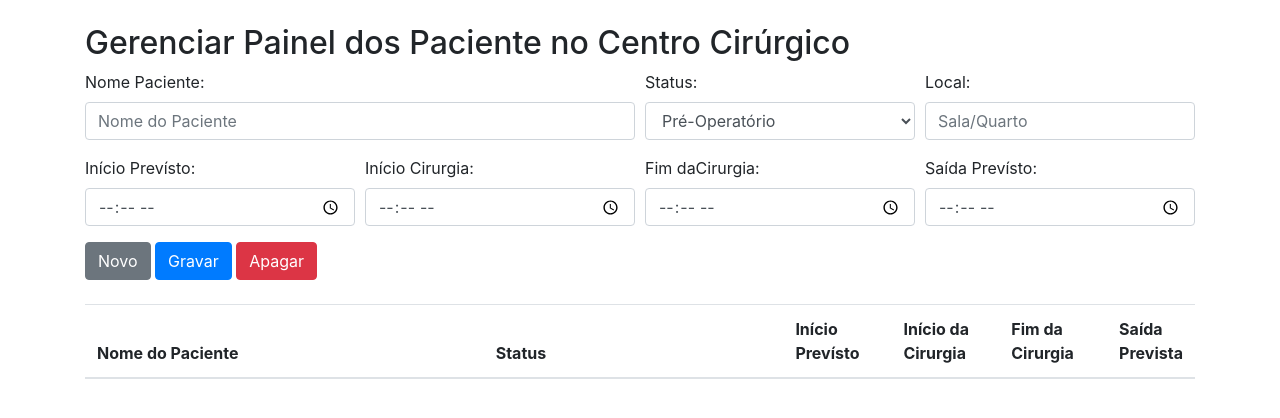
Repository: eduardo-r-jesus/Projeto_Centro_Cirurgico
Page: http://localhost/centro_cirurgico_web/formManterUsuario.jsp
These files come from the project's save history. The page is drawn as it stood at one moment and after the next save; the edit follows.
The browser window is 1280 px wide. The pictures show the whole page.
The page is served by Tomcat 9. Other server files are loaded and not shown.

Above is the page before, as saved 2021-09-07 00:24:12.

### centro_cirurgico_web/src/main/webapp/formManterUsuario.jsp
<%@ page language="java" contentType="text/html; charset=UTF-8"
    pageEncoding="UTF-8"%>
<!DOCTYPE html>
<html>
<head>
<meta charset="UTF-8">
<title>Gerenciar Painel Pacientes</title>
<meta name="viewport" content="width=device-width, initial-scale=1">
<link rel="stylesheet" href="css/bootstrap.min.css">
<link rel="stylesheet" href="css/estilo.css">
</head>
<body>
<%@ include file="menu.jsp" %>
<script>
		var pacientes = localStorage.getItem('ls-tabela');

		if(pacientes == null){
			pacientes = [];
		}else{
			pacientes = JSON.parse(pacientes);
		}

		function gravar() {

			var vId = document.getElementById("id").value;
			var vNome = document.getElementById("nome").value.toUpperCase();
			if (vNome == '') {
				alert('O Nome do Paciente é obrigatório.');
				return false;
			}

			var vStatus = document.getElementById("status").value;
			var vLocal = document.getElementById("local").value;
			var vIniPrevisto = document.getElementById("inicio-previsto").value;
			var vIniCirurgia = document.getElementById("inicio-cirurgia").value;
			var vFimCirurgia = document.getElementById("fim-cirurgia").value;
			var vSaidaPrev = document.getElementById("saida-previsto").value;

			if (vLocal != '') {
				vLocal = '(' + vLocal + ')';
			}

			var save = confirm("Deseja Salvar as alterações?");
			if (save) {

				var paciente = {
					nome : vNome,
					status : vStatus,
					local : vLocal,
					iniPrevisto : vIniPrevisto,
					iniCirurgia : vIniCirurgia,
					fimCirurgia : vFimCirurgia,
					saidaPrev : vSaidaPrev,
				};

				if (vId == '') {
					pacientes.splice(pacientes.length, 0, paciente);
				} else {
					pacientes[vId] = paciente;
				}
				atualizarTabela();
				limpaForm();
			}
		}

		function preparaEdicao(id) {
			var p = pacientes[id];
			document.getElementById("id").value = id;
			document.getElementById("nome").value = p.nome;
			document.getElementById("status").value = p.status;
			document.getElementById("local").value = p.local.replace("(","").replace(")","");
			document.getElementById("inicio-previsto").value = p.iniPrevisto;
			document.getElementById("inicio-cirurgia").value = p.iniCirurgia;
			document.getElementById("fim-cirurgia").value = p.fimCirurgia;
			document.getElementById("saida-previsto").value = p.saidaPrev;

		}

		function status(status) {
			switch (status) {
			case 'operatorio':
				return {
					label : 'Pré-Operatório',
					cor : '#fbd972'
				};
			case 'sala-cirurgica':
				return {
					label : 'Em sala cirúrgica',
					cor : '#fd5766'
				};
			case 'recuperacao':
				return {
					label : 'Em recuperação',
					cor : '#89e89f'
				};
			case 'transferido':
				return {
					label : 'Transferído',
					cor : '#b8daff'
				};
			}
		}

		function atualizarTabela() {
			var tabela = "";

			for (i in pacientes) {
				var stts = status(pacientes[i].status);
				tabela += '<tr onclick="preparaEdicao(' + i + ')">' + '<td>'
						+ pacientes[i].nome + '</td>'
						+ '<td style="background-color: '+stts.cor+';">'
						+ stts.label + pacientes[i].local + '</td>' + '<td>'
						+ pacientes[i].iniPrevisto + '</td>' + '<td>'
						+ pacientes[i].iniCirurgia + '</td>' + '<td>'
						+ pacientes[i].fimCirurgia + '</td>' + '<td>'
						+ pacientes[i].saidaPrev + '</td>' + '</tr>';
			}

			document.getElementById("corpo-tabela").innerHTML = tabela;
			localStorage.setItem('corpo-tabela', tabela);
			localStorage.setItem('ls-tabela', JSON.stringify(pacientes));
		}

		function limpaForm() {
			document.getElementById("id").value = '';
			document.getElementById('form-paciente').reset();
		}

		function apagar() {
			var vId = document.getElementById("id").value;
			if (vId != '') {
				var save = confirm("Tem certeza que quer apagar esse registro?");
				if (save) {
					pacientes.splice(vId, 1);
					atualizarTabela();
					limpaForm();
				}
			}
		}
	</script>

	<div class="container">
		<br>
		<h2>Gerenciar Painel dos Paciente no Centro Cirúrgico</h2>
		<form name="form-paciente" id="form-paciente">
			<input type="hidden" id="id" name="id">
			<div class="form-row">
				<div class="form-group col-md-6">
					<label for="nome">Nome Paciente:</label> <input type="text"
						class="form-control" id="nome" placeholder="Nome do Paciente"
						name="nome">
				</div>
				<div class="form-group col-md-3">
					<label for="nome">Status:</label> <select name="status" id="status"
						class="form-control">
						<option value="operatorio">Pré-Operatório</option>
						<option value="sala-cirurgica">Em sala cirúrgica</option>
						<option value="recuperacao">Em recuperação</option>
						<option value="transferido">Transferído</option>
					</select>
				</div>
				<div class="form-group col-md-3">
					<label for="local">Local:</label> <input type="text"
						class="form-control" id="local" placeholder="Sala/Quarto"
						name="local">
				</div>
			</div>
			<div class="form-row">
				<div class="form-group  col-md-3">
					<label for="inicio-previsto">Início Prevísto:</label> <input
						type="time" class="form-control" id="inicio-previsto"
						name="inicio-previsto" size="20">
				</div>
				<div class="form-group  col-md-3">
					<label for="inicio-previsto">Início Cirurgia:</label> <input
						type="time" class="form-control" id="inicio-cirurgia"
						name="inicio-previsto" size="20">
				</div>
				<div class="form-group  col-md-3">
					<label for="inicio-previsto">Fim daCirurgia:</label> <input
						type="time" class="form-control" id="fim-cirurgia"
						name="inicio-previsto" size="20">
				</div>
				<div class="form-group  col-md-3">
					<label for="inicio-previsto">Saída Prevísto:</label> <input
						type="time" class="form-control" id="saida-previsto"
						name="inicio-previsto" size="20">
				</div>
			</div>
			<button type="button" class="btn btn-secondary" onclick="limpaForm()">Novo</button>
			<button type="button" class="btn btn-primary" onclick="gravar(this)">Gravar</button>
			<button type="button" class="btn btn-danger" onclick="apagar()">Apagar</button>
		</form>

		<br>
		<table class="table table-hover">
			<thead>
				<tr>
					<th width="40%">Nome do Paciente</th>
					<th width="30%">Status</th>
					<th width="10%">Início Prevísto</th>
					<th width="10%">Início da Cirurgia</th>
					<th width="10%">Fim da Cirurgia</th>
					<th width="10%">Saída Prevista</th>
				</tr>
			</thead>
			<tbody id="corpo-tabela" style="cursor: pointer;">

			</tbody>
		</table>

		<script type="text/javascript">
			var tabela = localStorage.getItem('corpo-tabela');
			document.getElementById("corpo-tabela").innerHTML = tabela;
		</script>

	</div>

</body>
</html>

### centro_cirurgico_web/src/main/webapp/menu.jsp
<%@page import="org.cc.model.Usuario"%>
<%@ page language="java" contentType="text/html; charset=UTF-8"
    pageEncoding="UTF-8"%>
<style>
#dadosUsuario{
	color: yellow;
	padding: 16px;
	display: block;
	text-align: center;
	text-decoration: none;
	float: right;
}
#dadosUsuario a{
	color: black;
	background-color:#fff;
	text-decoration: none;
	float: right;
	padding:2px;
	cursor: pointer;
    border-radius: 3px;
    font-size: 9px;
}
#dadosUsuario a:hover{
	background-color: black;
	color: yellow;

}

</style>

	<ul>

	   <%
        Usuario usuario = (Usuario) request.getSession().getAttribute("usuario");
    	boolean verLista = false;
    	if(usuario != null){
    		verLista = true;
    	%>
    	<span id="dadosUsuario"> <a href="loginservlet?acao=sair"><b>Logout</b></a></span>
    	<span id="dadosUsuario">Bem Vindo: <%=usuario.getEmail()%></span>
        <li><a href="index.jsp"><b>Home</b></a></li>
        <li><a href="#"><b>Manter Pessoa</b></a>

        <% if(usuario.getPerfil().equals("administrador")){ %>
        <li><a href="formManterUsuario.jsp"><b>Manter Usuário</b></a></li>
        <%}else{%>
        <li><a href="formManterUsuario.jsp"><b>Alterar Senha</b></a></li>
        <%}%>


      <%
    	}else{
    	%>
   		<li></li>
    	<%
    	}
    	%>
    </ul>

### centro_cirurgico_web/src/main/webapp/css/estilo.css

fieldset{
    width: 25%;
    height: 100%;
    margin: auto;
    border: 2px solid green;
    border-radius: 5px;
    margin-top: 40px;
}

legend{
   font-family: Helvetica, sans-serif;
   font-size: 16px;
   font-weight: bold;
}

.texto{
   margin-top: 20px;
   margin-bottom:10px;
   text-align: center;
   font-family: Helvetica, sans-serif;
   font-size: 16px;
   font-weight: bold;
}

input[type=email], input[type=password]{
    border: 2px solid green;
    border-radius: 5px;
}

input[type=email]:focus, input[type=password]:focus{
    background-color: #ffef01;
    border: 2px solid green;
}

.larguraTexto{
	height: 30px;
    display: block;
    width: 80%;
    margin: auto;
    margin-bottom: 10px;
}

.centro_img{
	width: 15em;
	text-align: center;
	border: solid 1px;
	color:yellow;
	margin: auto;
	margin-top: 30px;
}

.centro{
	text-align: center;
	margin-top: 30px;
}

.bt{
    border: 2px solid green;
    border-radius: 5px;
    background-color: green;
    color: #FFF;
    padding: 5px 10px;
    font-weight: bold;
    text-decoration: none;
    margin-top: 4px;
    margin-left: 5px;
}

.bt:hover{
    background-color: #FFF;
    color: green;
    cursor: pointer;
}

 ul{
    background-color: green;
    list-style-type: none;
    margin: 0;
    padding: 0;
    overflow: hidden;
}

li{
    float: left;
}

li a {
	display: inline-block;
    color:#FFF;
    padding: 16px;
    display: block;
    text-align: center;
    text-decoration: none;
}

li a:hover{
    background-color: yellow;
    color:green;
    text-decoration: none;
}

Loaded but not shown: centro_cirurgico_web/src/main/webapp/css/bootstrap.min.css (library)

After the next save:
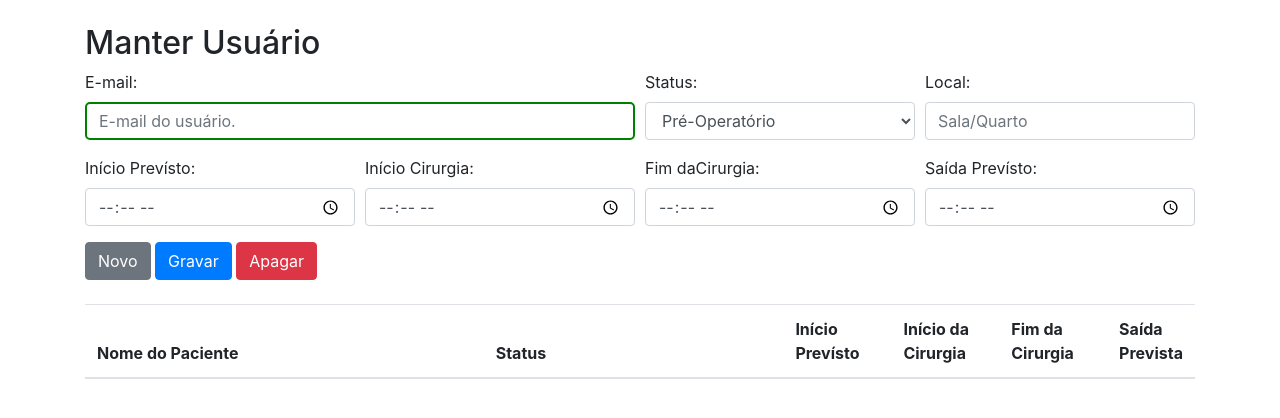
Saved 4 min 24 s later.
--- a/centro_cirurgico_web/src/main/webapp/formManterUsuario.jsp
+++ b/centro_cirurgico_web/src/main/webapp/formManterUsuario.jsp
@@ -11,144 +11,16 @@
 </head>
 <body>
 <%@ include file="menu.jsp" %>
-<script>
-		var pacientes = localStorage.getItem('ls-tabela');
-
-		if(pacientes == null){
-			pacientes = [];
-		}else{
-			pacientes = JSON.parse(pacientes);
-		}
-
-		function gravar() {
-
-			var vId = document.getElementById("id").value;
-			var vNome = document.getElementById("nome").value.toUpperCase();
-			if (vNome == '') {
-				alert('O Nome do Paciente é obrigatório.');
-				return false;
-			}
-
-			var vStatus = document.getElementById("status").value;
-			var vLocal = document.getElementById("local").value;
-			var vIniPrevisto = document.getElementById("inicio-previsto").value;
-			var vIniCirurgia = document.getElementById("inicio-cirurgia").value;
-			var vFimCirurgia = document.getElementById("fim-cirurgia").value;
-			var vSaidaPrev = document.getElementById("saida-previsto").value;
-
-			if (vLocal != '') {
-				vLocal = '(' + vLocal + ')';
-			}
-
-			var save = confirm("Deseja Salvar as alterações?");
-			if (save) {
-
-				var paciente = {
-					nome : vNome,
-					status : vStatus,
-					local : vLocal,
-					iniPrevisto : vIniPrevisto,
-					iniCirurgia : vIniCirurgia,
-					fimCirurgia : vFimCirurgia,
-					saidaPrev : vSaidaPrev,
-				};
-
-				if (vId == '') {
-					pacientes.splice(pacientes.length, 0, paciente);
-				} else {
-					pacientes[vId] = paciente;
-				}
-				atualizarTabela();
-				limpaForm();
-			}
-		}
-
-		function preparaEdicao(id) {
-			var p = pacientes[id];
-			document.getElementById("id").value = id;
-			document.getElementById("nome").value = p.nome;
-			document.getElementById("status").value = p.status;
-			document.getElementById("local").value = p.local.replace("(","").replace(")","");
-			document.getElementById("inicio-previsto").value = p.iniPrevisto;
-			document.getElementById("inicio-cirurgia").value = p.iniCirurgia;
-			document.getElementById("fim-cirurgia").value = p.fimCirurgia;
-			document.getElementById("saida-previsto").value = p.saidaPrev;
-
-		}
-
-		function status(status) {
-			switch (status) {
-			case 'operatorio':
-				return {
-					label : 'Pré-Operatório',
-					cor : '#fbd972'
-				};
-			case 'sala-cirurgica':
-				return {
-					label : 'Em sala cirúrgica',
-					cor : '#fd5766'
-				};
-			case 'recuperacao':
-				return {
-					label : 'Em recuperação',
-					cor : '#89e89f'
-				};
-			case 'transferido':
-				return {
-					label : 'Transferído',
-					cor : '#b8daff'
-				};
-			}
-		}
-
-		function atualizarTabela() {
-			var tabela = "";
-
-			for (i in pacientes) {
-				var stts = status(pacientes[i].status);
-				tabela += '<tr onclick="preparaEdicao(' + i + ')">' + '<td>'
-						+ pacientes[i].nome + '</td>'
-						+ '<td style="background-color: '+stts.cor+';">'
-						+ stts.label + pacientes[i].local + '</td>' + '<td>'
-						+ pacientes[i].iniPrevisto + '</td>' + '<td>'
-						+ pacientes[i].iniCirurgia + '</td>' + '<td>'
-						+ pacientes[i].fimCirurgia + '</td>' + '<td>'
-						+ pacientes[i].saidaPrev + '</td>' + '</tr>';
-			}
-
-			document.getElementById("corpo-tabela").innerHTML = tabela;
-			localStorage.setItem('corpo-tabela', tabela);
-			localStorage.setItem('ls-tabela', JSON.stringify(pacientes));
-		}
-
-		function limpaForm() {
-			document.getElementById("id").value = '';
-			document.getElementById('form-paciente').reset();
-		}
-
-		function apagar() {
-			var vId = document.getElementById("id").value;
-			if (vId != '') {
-				var save = confirm("Tem certeza que quer apagar esse registro?");
-				if (save) {
-					pacientes.splice(vId, 1);
-					atualizarTabela();
-					limpaForm();
-				}
-			}
-		}
-	</script>
-
 	<div class="container">
 		<br>
-		<h2>Gerenciar Painel dos Paciente no Centro Cirúrgico</h2>
-		<form name="form-paciente" id="form-paciente">
+		<h2>Manter Usuário</h2>
+		<form name="form-usuario" id="form-usuario">
 			<input type="hidden" id="id" name="id">
 			<div class="form-row">
 				<div class="form-group col-md-6">
-					<label for="nome">Nome Paciente:</label> <input type="text"
-						class="form-control" id="nome" placeholder="Nome do Paciente"
-						name="nome">
+					<label for="email">E-mail:</label> <input type="email"
+						class="form-control" id="email" placeholder="E-mail do usuário."
+						name="email">
 				</div>
 				<div class="form-group col-md-3">
 					<label for="nome">Status:</label> <select name="status" id="status"
